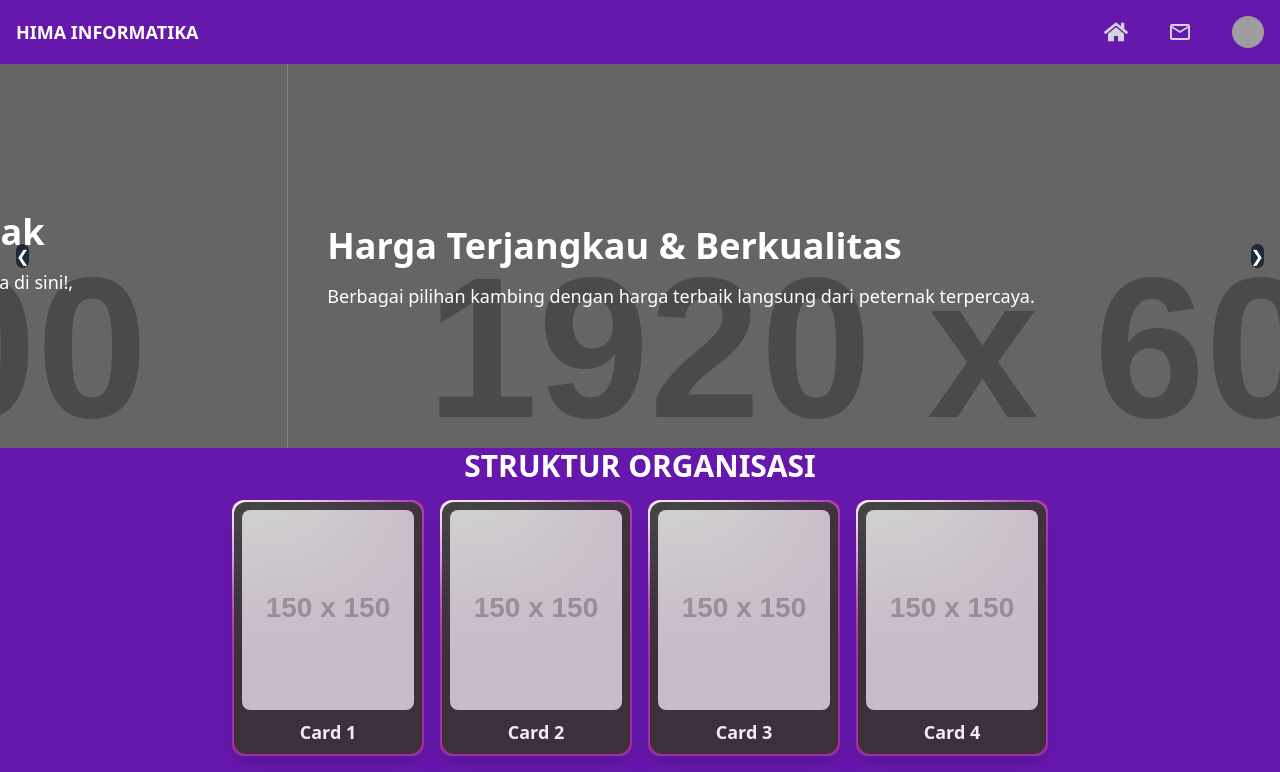
Repository: MUHAMADTEGARWIJAYA/himaif
Page: /
The author's editor kept a copy of each file at every save. The page is drawn from the files as they stood at one save, then again after the next save.
The browser window is 1280 px wide. The pictures show the whole page.
Pictures or frames that could not be fetched are drawn as grey boxes. The project was rebuilt for these pictures with package versions that can differ from the ones it lists, and the page was loaded fresh each time. Also part of the build but not shown: vite.config.js.

Above is the page before, as saved 2024-12-21 13:09:17.

After the next save:
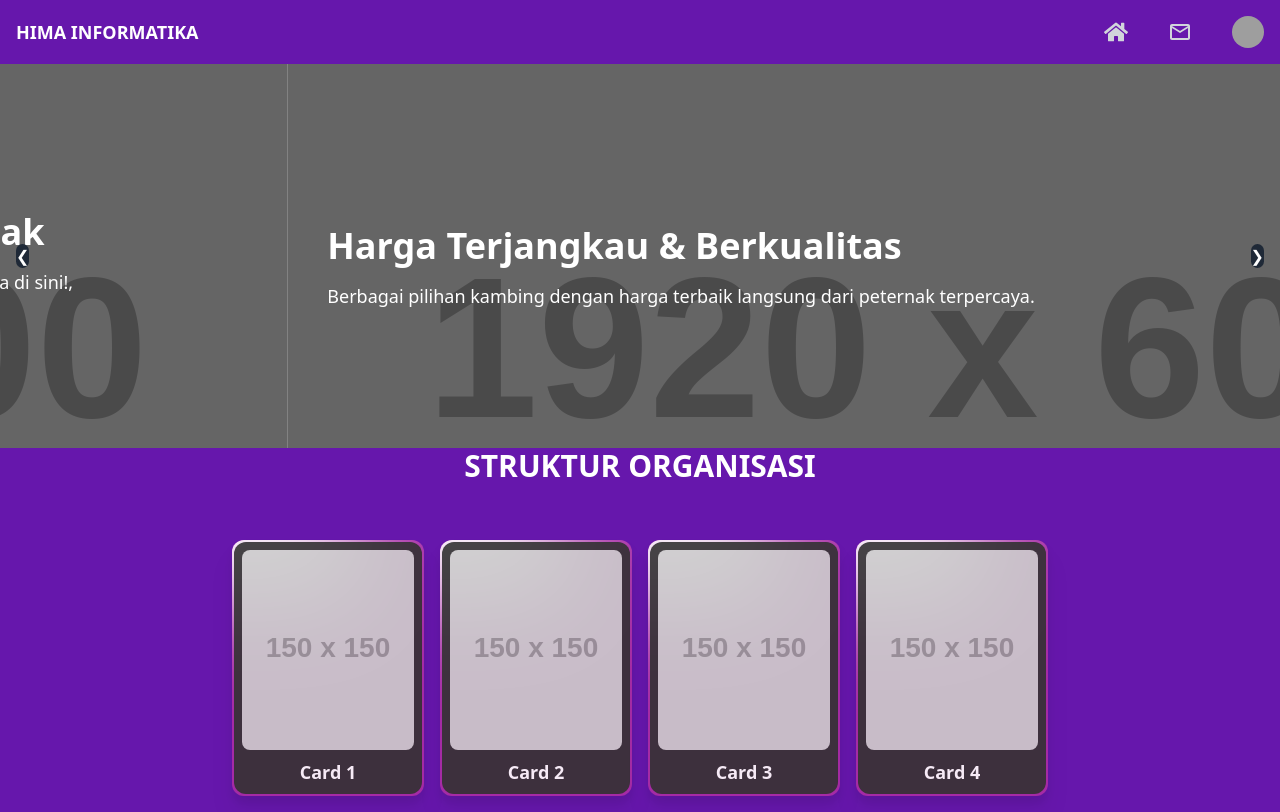
Saved 18 s later.
--- a/src/pages/Members.jsx
+++ b/src/pages/Members.jsx
@@ -44,8 +44,8 @@ const App = () => {
 
   return (
     <div className=" ">
-        <h1 className="text-3xl font-semibold text-center  text-white">STRUKTUR ORGANISASI</h1>
-    <div className="flex flex-wrap justify-center gap-4 p-4">
+        <h1 className="text-3xl font-semibold text-center text-white">STRUKTUR ORGANISASI</h1>
+    <div className="flex flex-wrap justify-center gap-4 mt-10 p-4">
 
       {cards.map((card, index) => (
         <Card key={index} title={card.title} image={card.image} />
